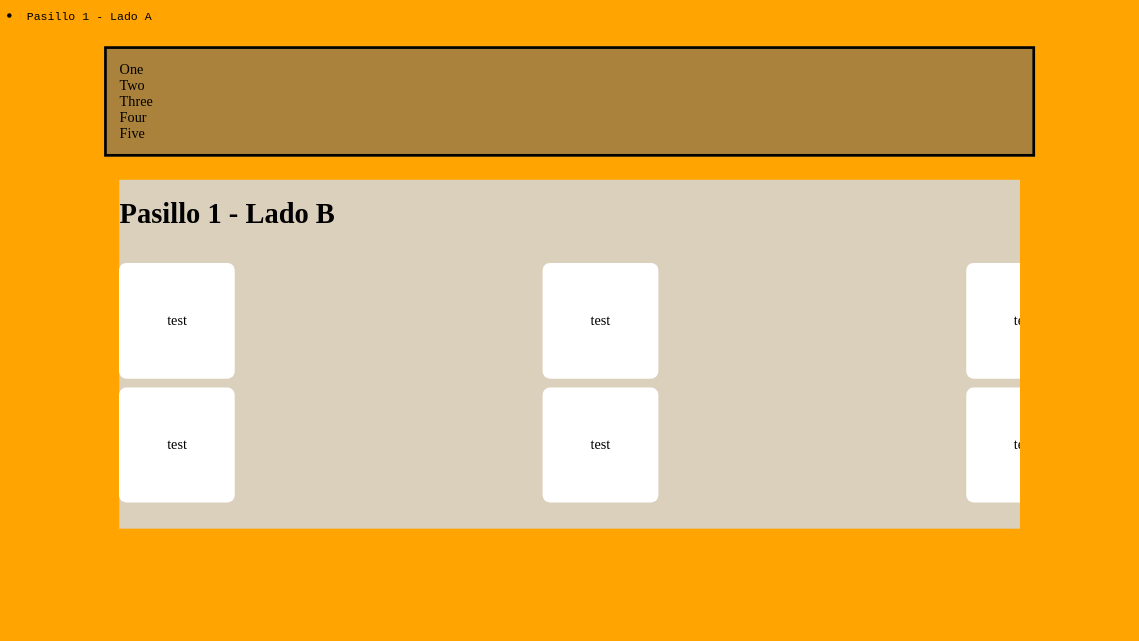
Repository: Franzcod/DepoStock_Web
Page: index.html
An editor plug-in stored every save of this project. The page is shown before and after the next save, followed by the edit.
The browser window is 1280 px wide. The pictures show the whole page, at 89% of full size.

Above is the page before, as saved 2020-06-07 02:41:03.
Console error: ReferenceError: ur is not defined

After the next save:
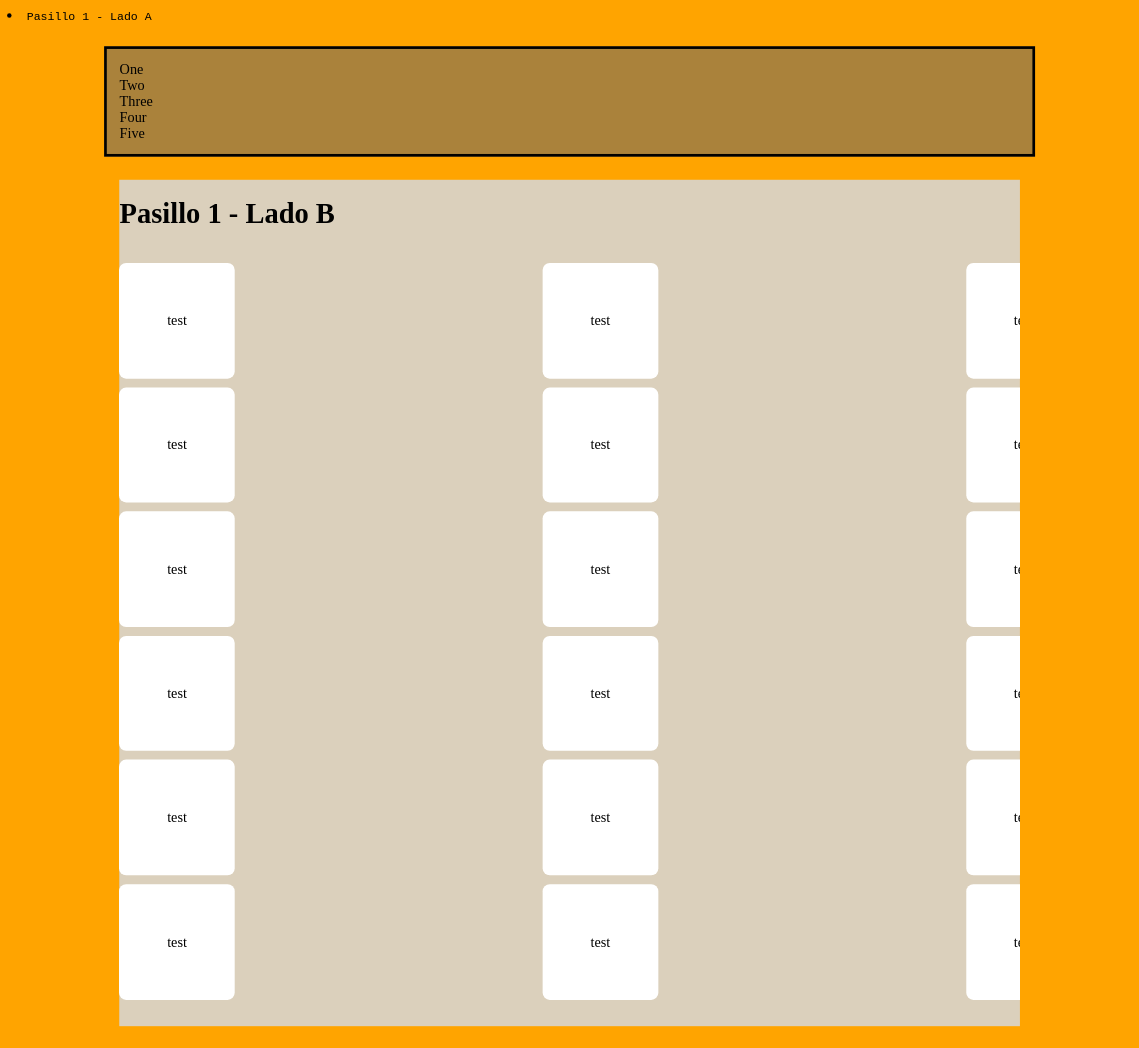
Saved 14 s later.
--- a/estilo/estilo.css
+++ b/estilo/estilo.css
@@ -36,7 +36,7 @@ grid-column: 1 / -1;
 .hs {
 display: grid;
 grid-gap: calc(var(--gutter) / 2);
-grid-template-columns: repeat(15, calc(50% - var(--gutter) * 2));
+grid-template-columns: repeat(4, calc(50% - var(--gutter) * 2));
 grid-template-rows: minmax(7vw, 1fr);
 
 overflow-x: scroll;

After the save that followed:
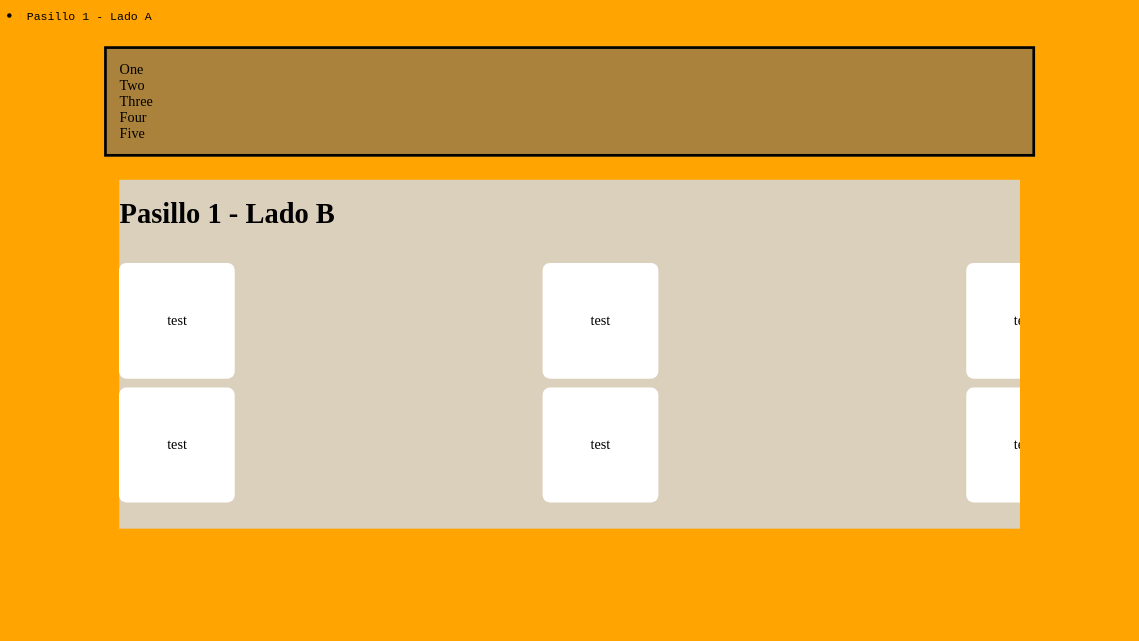
Saved 18 s later.
--- a/index.html
+++ b/index.html
@@ -32,23 +32,7 @@
             <li class="item">test</li>
             <li class="item">test</li>
             <li class="item">test</li>
-            <li class="item">test</li>
-            <li class="item">test</li>
-            <li class="item">test</li>
-            <li class="item">test</li>
-            <li class="item">test</li>
-            <li class="item">test</li>
-            <li class="item">test</li>
-            <li class="item">test</li>
-            <li class="item">test</li>
-            <li class="item">test</li>
-            <li class="item">test</li>
-            <li class="item">test</li>
-            <li class="item">test</li>
-            <li class="item">test</li>
-            <li class="item">test</li>
-            <li class="item">test</li>
-            <li class="item">test</li>
+
         </ul>
 
         <!-- <div class="container">
